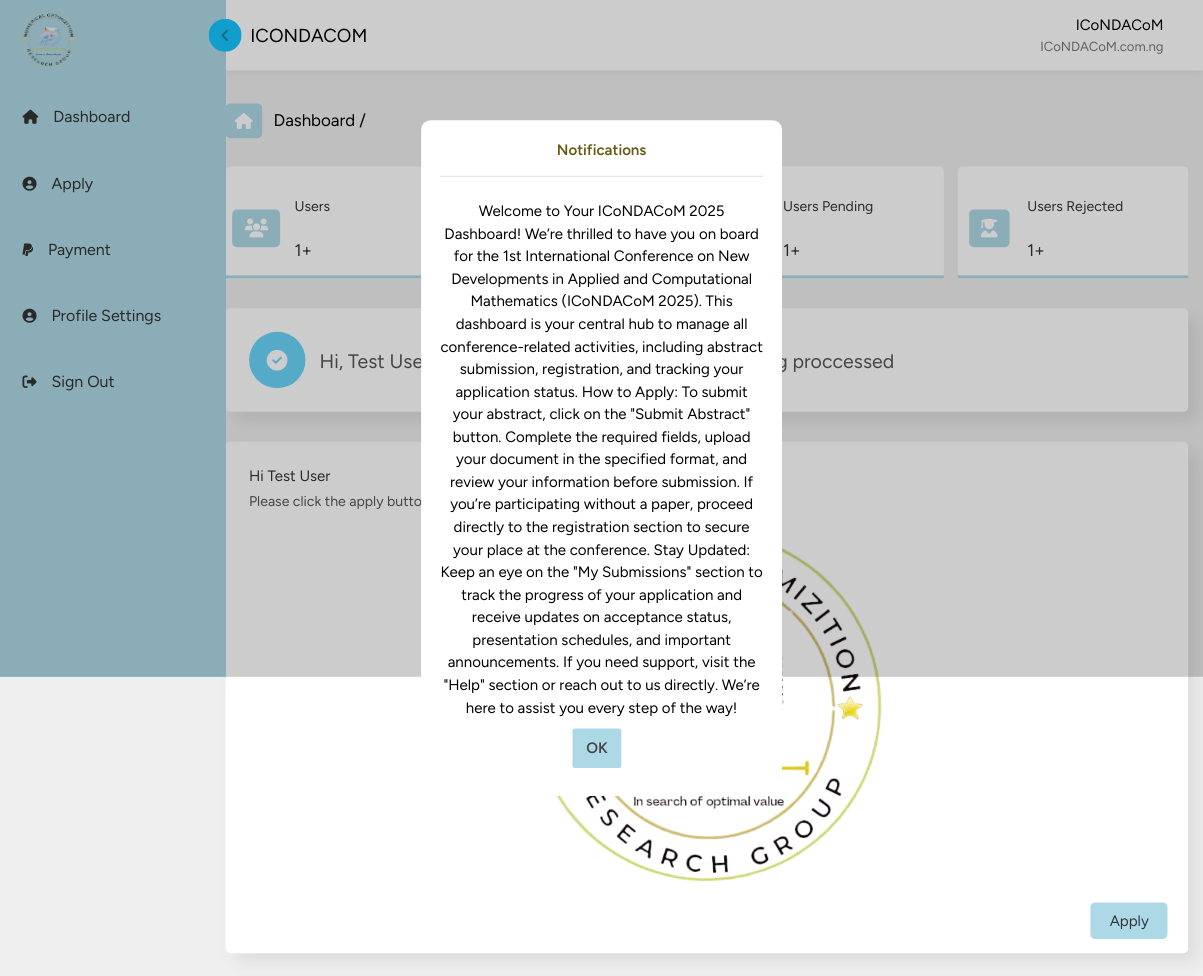
Repository: mrcode-gmb/aa-lectturn
Page: http://localhost/dashboard
These files come from the project's save history. The page is drawn as it stood at one moment and after the next save; the edit follows.
The browser window is 1280 px wide. The pictures show the whole page, at 94% of full size.
The page is served by the project's Laravel application, run on PHP 8.4 with Laravel 10. A made-up administrator, Test User (test@example.com), is signed in. Queries for data that is not in the repository find no rows.

Above is the page before, as saved 2025-02-07 10:21:41.

After the next save:
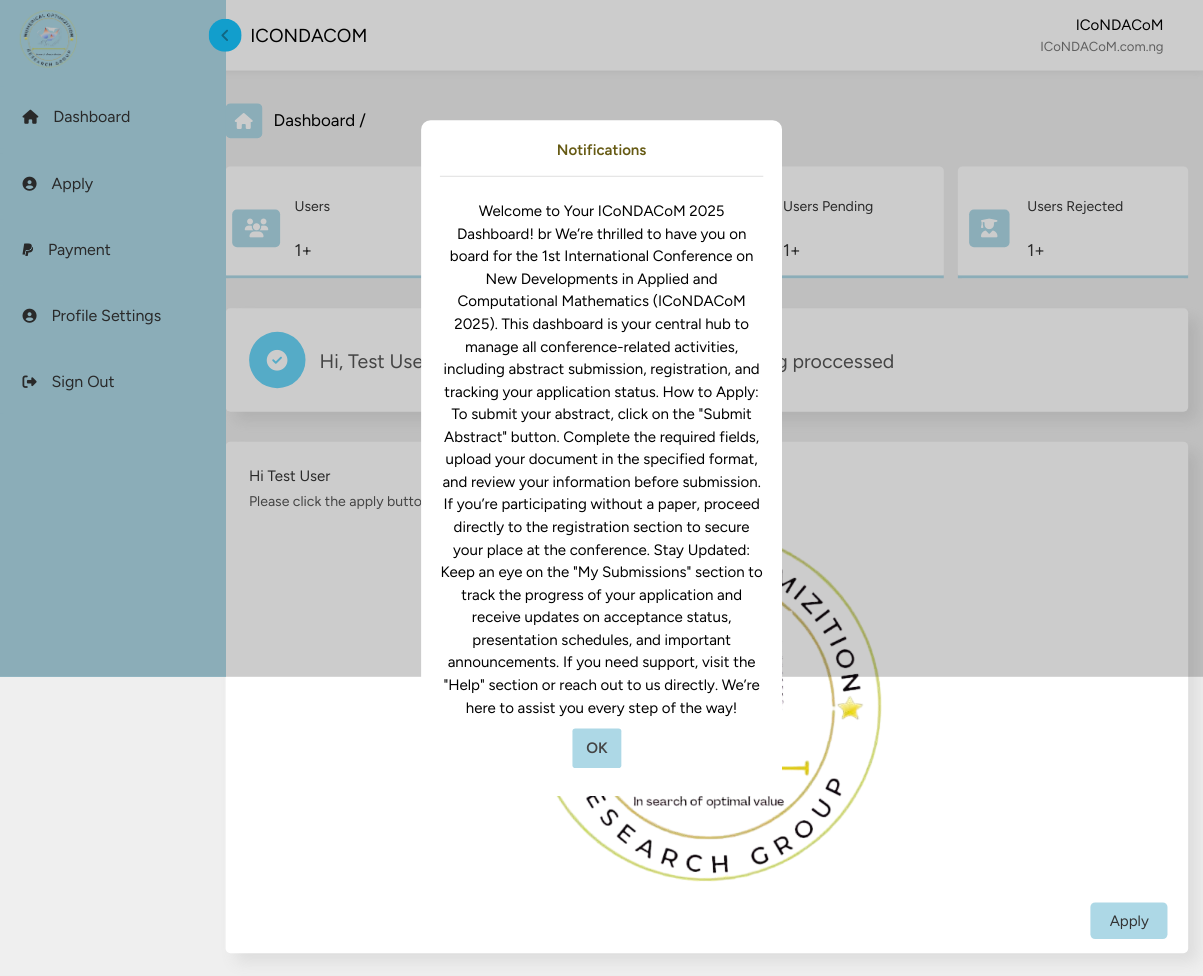
Saved 30 s later.
--- a/resources/views/dashboard.blade.php
+++ b/resources/views/dashboard.blade.php
@@ -174,7 +174,7 @@
             </div>
             <form class="modal-body">
                 <p>
-                    Welcome to Your ICoNDACoM 2025 Dashboard!
+                    Welcome to Your ICoNDACoM 2025 Dashboard! br
 We’re thrilled to have you on board for the 1st International Conference on New Developments in Applied and Computational Mathematics (ICoNDACoM 2025). This dashboard is your central hub to manage all conference-related activities, including abstract submission, registration, and tracking your application status.
 
 How to Apply:
